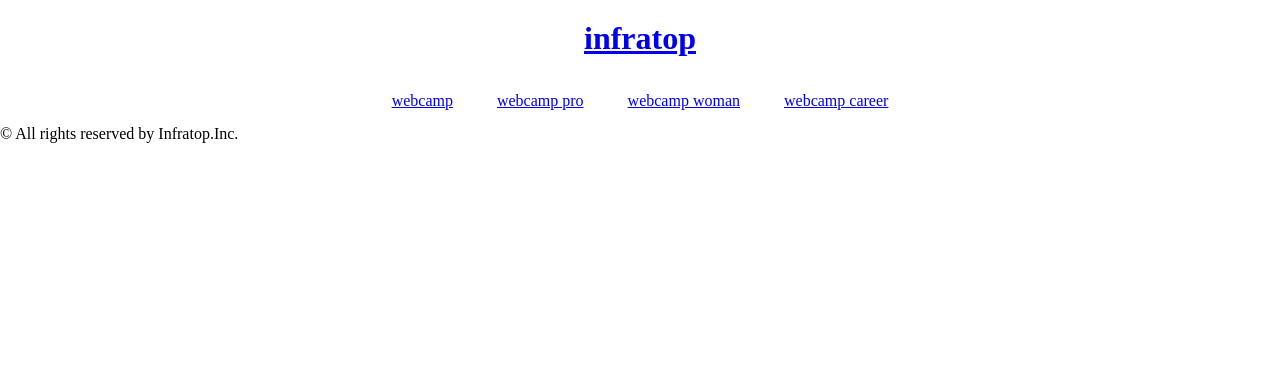
Repository: achoko3/Practice-problem
Page: chapter4/chapter4.html
The author's editor kept a record of every edit. The page is drawn from the files as they stood at one moment, then again after the next edit.
The browser window is 1280 px wide. The pictures show the whole page.

Above is the page before.

### chapter4/chapter4.html
<!DOCTYPE html>
<html lang="ja">
  <head>
    <meta charset="UTF-8" />
    <!-- CSSファイルの読み込み -->
    <link rel="stylesheet" href="chapter4.css" />
    <title>chapter4</title>
  </head>

  <body>
    <header>
      <h1><a href="http://infratop.jp/">infratop</a></h1>
    </header>
    <nav>
      <ul class="nav-list">
        <li class="nav-list-item">
         <a href="http://web-camp.io/" >webcamp</a>
        </li>
        <li class="nav-list-item">
          <a href="http://web-camp.io/pro/" >webcamp pro</a>
        </li>
        <li class="nav-list-item">
          <a href="http://web-camp.io/woman/" >webcamp woman</a>
        </li>
        <li class="nav-list-item">
          <a href="http://web-camp.io/career/" >webcamp career</a>
        </li>
      </ul>
    </nav>
    <!-- box1用のdiv -->

    <div class="main">
      <div class="box1"></div>
      <div class="box2"></div>
      <div class="box3"></div>
      <div class="box4"></div>
      <div class="box5"></div>
      <div class="box6"></div>
      <div class="box7"></div>
      <div class="box8"></div>
      <div class="box9"></div>
      <div class="box10"></div>
      <div class="box11"></div>
      <div class="box12"></div>
    </div>
    <footer>
      <p class="footer-text">© All rights reserved by Infratop.Inc.</p>
    </footer>

  </body>
</html>

### chapter4/chapter4.css
/* ブラウザがそれぞれ持っているCSSをリセットするための記述 */
*{
 margin: 0;
 padding: 0;
 box-sizing: border-box;
}

header{
  width:100%;
  padding:20px 0;
  margin:0 auto;
  text-align:center;
}


.nav-list{
  text-align:center;
  padding:15px 0;
  margin:0 auto;
}

.nav-list-item{
  list-style:none;
  display:inline-block;
  margin:0 20px;
}



.main{
  width:800px;
  display:flex;
  margin:0 auto;
  flex-wrap: wrap;
}

.blog{
  width:600px;
  height:1400px;
  background-color:limegreen;
}

.sidebar{
  width:240px;
  height:1400px;
  background-color:palegreen;
}

footer{
  width:100%;
  height:120px;
}

After the next edit:
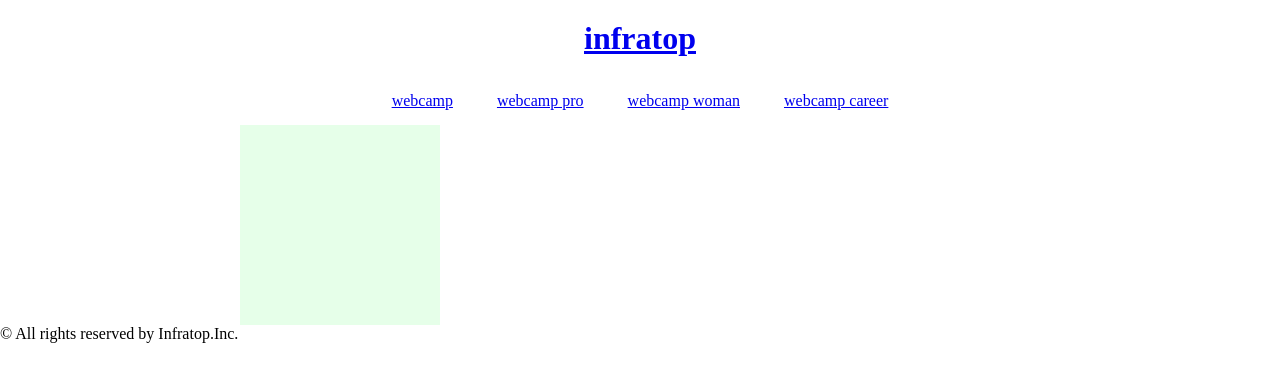
The edit:
--- a/chapter4/chapter4.css
+++ b/chapter4/chapter4.css
@@ -34,10 +34,10 @@
   flex-wrap: wrap;
 }
 
-.blog{
-  width:600px;
-  height:1400px;
-  background-color:limegreen;
+.box1{
+  width:200px;
+  height:200px;
+  background-color:#e6ffe9;
 }
 
 .sidebar{
